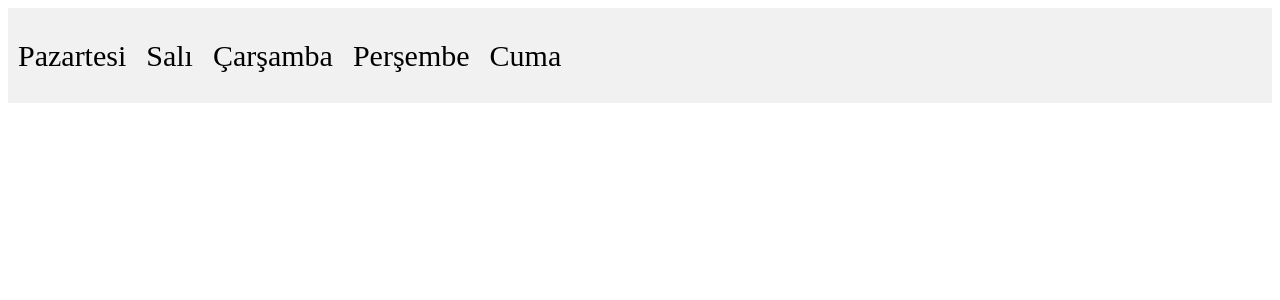
Repository: ahmetbugraozcan/css-ders-programi
Page: deneme2.html
The author's editor kept a copy of each file at every save. The page is drawn from the files as they stood at one save, then again after the next save.
The browser window is 1280 px wide. The pictures show the whole page.

Above is the page before, as saved 2021-07-10 10:23:42.

### deneme2.html
<!DOCTYPE html>
<html>
<head>
<style>
.flex-container {
  display: flex;
  align-items: stretch;
  background-color: #f1f1f1;
}

.flex-container>div {

  margin: 10px;
  text-align: center;
  line-height: 75px;
  font-size: 30px;
}
</style>
</head>
<body>

<div class="flex-container">
  <div >Pazartesi</div>
  <div >Salı</div>
  <div >Çarşamba</div>
  <div >Perşembe</div>
  <div >Cuma</div>
</div>

</body>
</html>

After the next save:
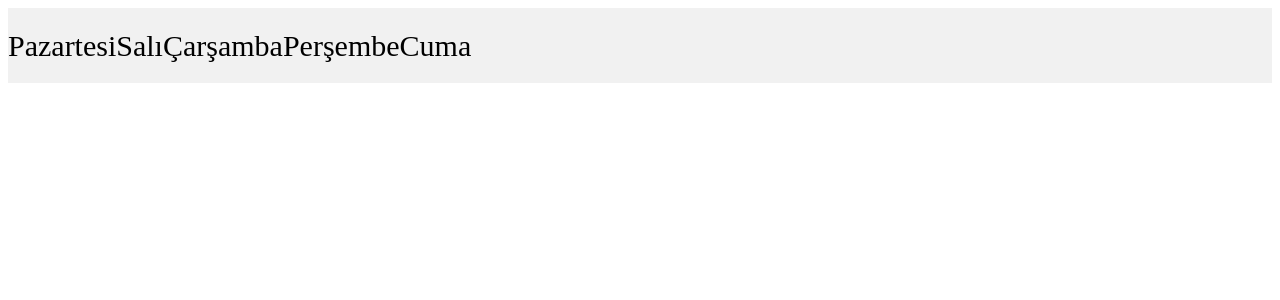
Saved 80 s later.
--- a/deneme2.html
+++ b/deneme2.html
@@ -9,7 +9,7 @@
 }
 
 .flex-container>div {
-
+    flex-shrink: 1
   margin: 10px;
   text-align: center;
   line-height: 75px;

After the save that followed:
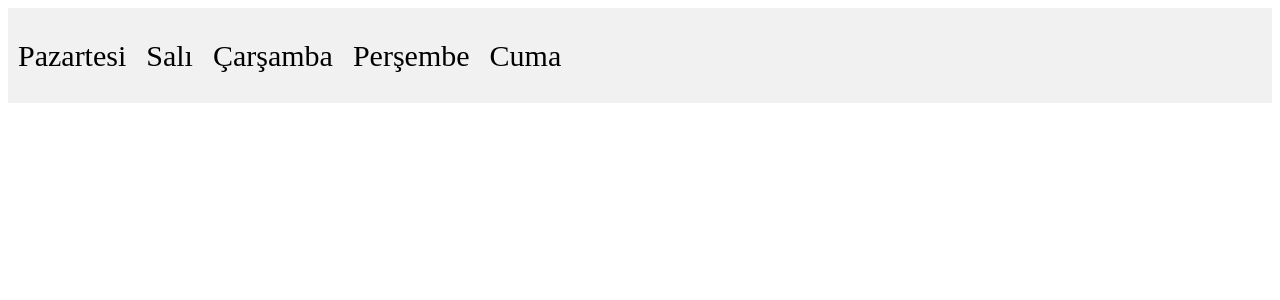
Saved 11 s later.
--- a/deneme2.html
+++ b/deneme2.html
@@ -9,7 +9,7 @@
 }
 
 .flex-container>div {
-    flex-shrink: 1
+    flex-shrink: 1;
   margin: 10px;
   text-align: center;
   line-height: 75px;
